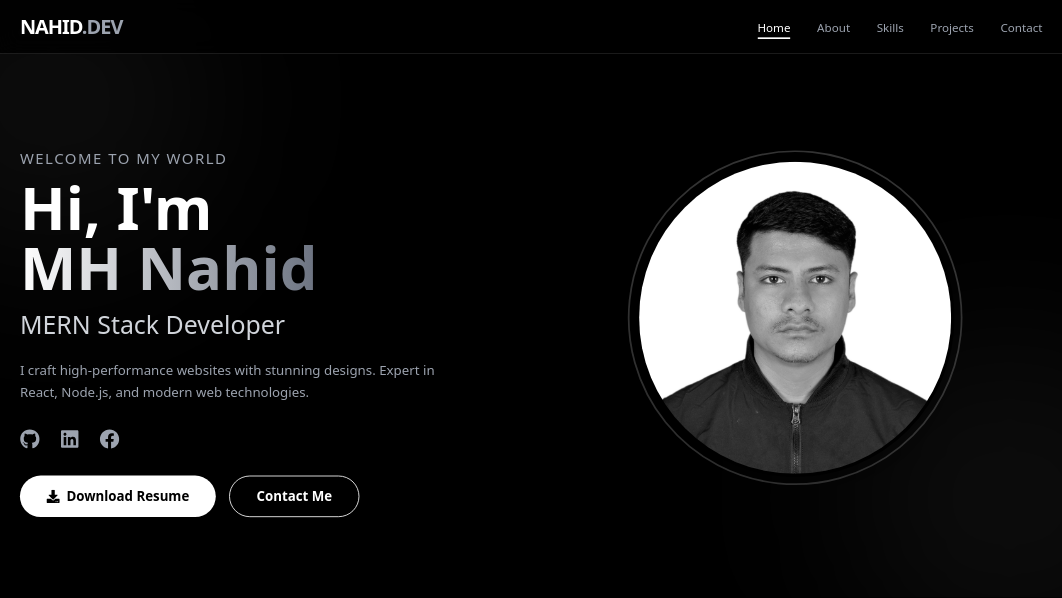
Repository: nahid-hasann/portfolio
Page: /
The author's editor kept a copy of each file at every save. The page is drawn from the files as they stood at one save, then again after the next save.
The browser window is 1280 px wide. The pictures show the whole page, at 83% of full size.
The project was rebuilt for these pictures with package versions that can differ from the ones it lists, and the page was loaded fresh each time. Also part of the build but not shown: vite.config.js.

Above is the page before, as saved 2026-01-05 15:26:23.

After the next save:
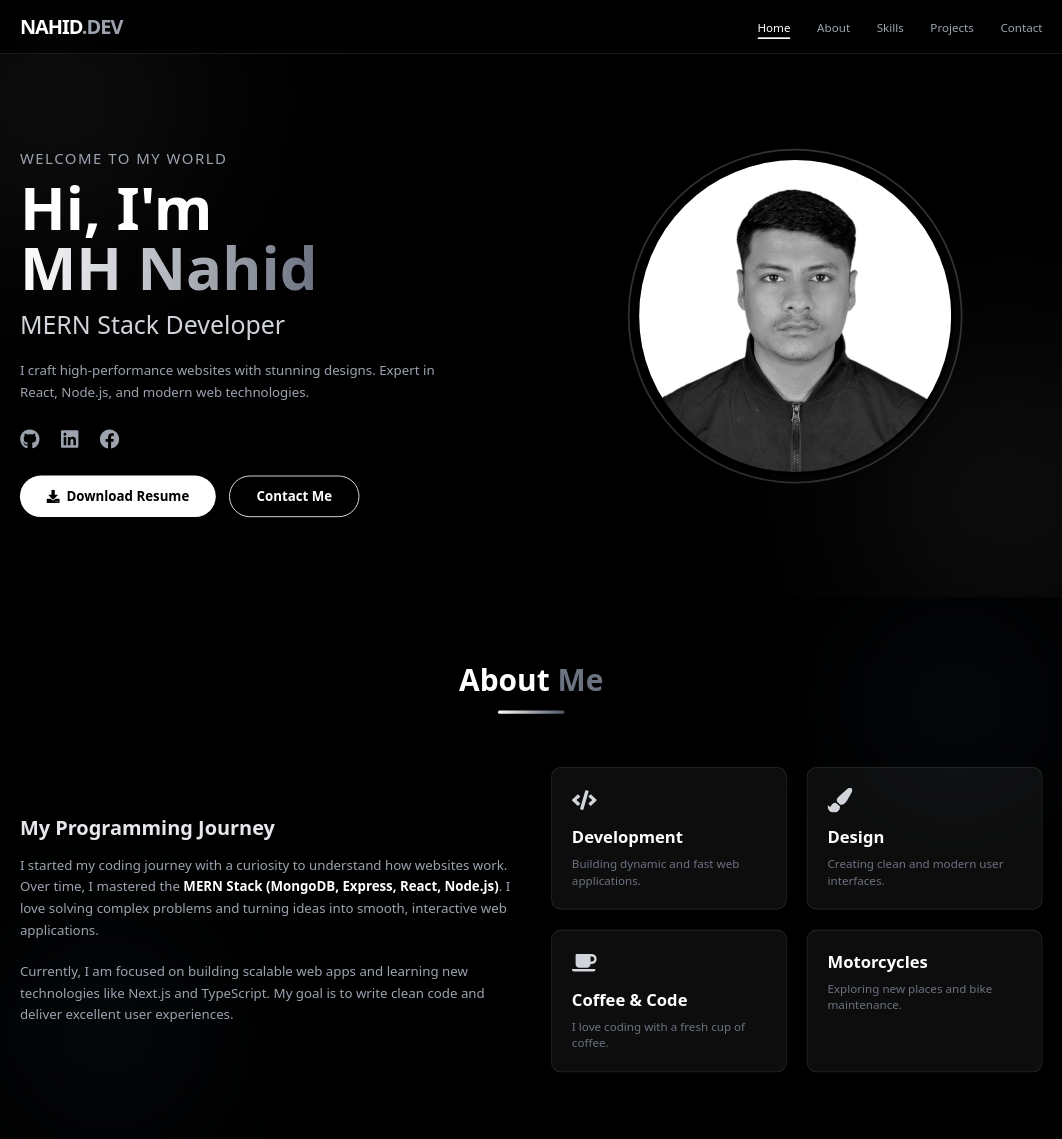
Saved 4 s later.
--- a/src/page/Home.jsx
+++ b/src/page/Home.jsx
@@ -1,5 +1,6 @@
 import React from 'react';
 import Hero from '../component/Hero';
+import About from '../component/About';
 // ১. এই লাইনে আমরা Hero কম্পোনেন্টটি ইমপোর্ট করছি
 // import Hero from '../components/Hero';
 
@@ -9,7 +10,7 @@ const Home = () => {
             {/* ২. এখানে Hero কম্পোনেন্টটি কল করছি */}
             <Hero />
 
-
+            <About></About>
         </div>
     );
 };
